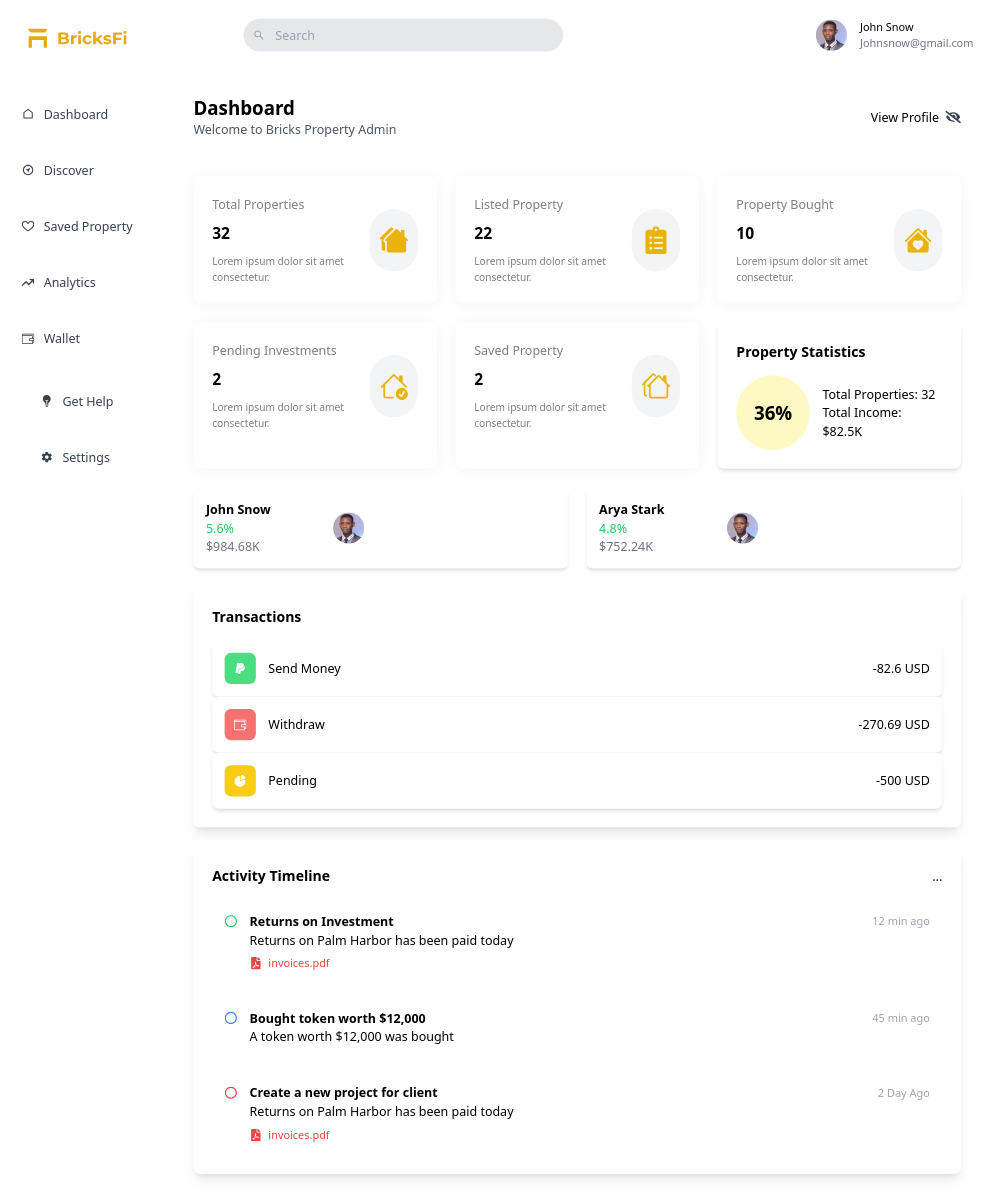
Repository: AyomideAkintade/BricksFi-Frontend
Page: /dashboard (app in client/)
These files come from the project's save history. The page is drawn as it stood at one moment and after the next save; the edit follows.
The browser window is 1280 px wide. The pictures show the whole page, at 78% of full size.
The page's requests for data from a server got no answer. The project was rebuilt for these pictures with package versions that can differ from the ones it lists, and the page was loaded fresh each time. No one was signed in, and anything a server would have sent is missing. Also part of the build but not shown: client/src/components/navbar.jsx, client/src/components/home.jsx, client/src/components/homeSecond.jsx, client/src/components/homeThird.jsx, client/src/components/homeFifth.jsx, client/src/components/homeSixth.jsx, client/src/components/homeSeventh.jsx, client/src/api/base.js and 11 more.

Above is the page before, as saved 2024-10-04 23:18:18.

### client/src/index.css
@import "tailwindcss/base";
@import "tailwindcss/components";
@import "tailwindcss/utilities";


@font-face {
  font-family: Poppins;
  src: url(/src/assets/fonts/Poppins-Regular.ttf) format("truetype"), url(/src/assets/fonts/Poppins-Bold.ttf) format("truetype"), url(/src/assets/fonts/Poppins-Medium.ttf) format("truetype");

}

### client/src/App.js
import { BrowserRouter as Router, Route, Routes } from "react-router-dom";
import Home from "./pages/homePage";
import HomeFourth from "./components/login.jsx";
import HomeEight from "./components/signup.jsx";
import ForgotPasswordPage from "./components/forgotPassword.jsx";
import DashboardLayout from "./pages/dashboardLayout";
import DashboardPage from "./pages/dashboard.jsx";
import PieAnalytics from "./components/analytics.jsx";
import Discover from "./components/discover.jsx";
import SavedPropertyPage from "./components/savedProperties.jsx";
import { ToastContainer } from "react-toastify";
import 'react-toastify/dist/ReactToastify.css';
import { useEffect, useState } from "react";
import { BrCookies } from "./utils/storage/cookies.js";
// import DiscoverPage from "./pages/discover.jsx";
// import SavedPropertyPage from "./pages/savedProperty.jsx";

function App() {

  const [ loggedIn, setLoggedIn ] = useState(false);
  const [ isLoading, setLoading ] = useState(true);

  useEffect(()=>{
    const ck = new BrCookies(document);
    ck.getCookie('authToken')
      .then((value) => {
        setLoggedIn(true);
        setLoading(false);
      })
      .catch((e) => {
        setLoading(false);
        // this.setState({ isLoading: false }); // Set loading to false even if there is an error
      });
  }, [])
  if (isLoading) {
    return <div></div>;
  }

  return (
    <div>
      <ToastContainer limit={5} />
      {loggedIn ?
      <Router>
        <Routes>
          <Route path="*" element={<DashboardLayout />}>
            <Route index element={<DashboardPage />} />
          </Route>
          <Route path="/dashboard" element={<DashboardLayout />}>
            <Route index element={<DashboardPage />} />
            <Route path="discover" element={<Discover/>} />
            <Route path="saved-property" element={<SavedPropertyPage/>} />
            <Route path="analytics" element={<PieAnalytics />} />
          </Route>
        </Routes>
      </Router>
      :
      <Router>
        <Routes>
          {/* Public Routes */}
          <Route path="/" element={<Home />} />
          <Route path="/login" element={<HomeFourth />} />
          <Route path="/signup" element={<HomeEight />} />
          <Route path="/forgot-password" element={<ForgotPasswordPage />} />

          {/* Dashboard Routes with Sidebar and Header */}
          <Route path="/dashboard" element={<DashboardLayout />}>
            <Route index element={<DashboardPage />} />
            <Route path="discover" element={<Discover/>} />
            <Route path="saved-property" element={<SavedPropertyPage/>} />
            <Route path="analytics" element={<PieAnalytics />} />
          </Route>
        </Routes>
      </Router>
      }
    </div>
  );
}

export default App;

### client/src/pages/dashboardLayout.jsx
import React from 'react';
import Sidebar from '../components/sidebar';
import Header from '../components/header';
import { Outlet } from 'react-router-dom';

const DashboardLayout = () => {
  return (
    <div className="flex">
      {/* Sidebar */}
      <Sidebar />

      <div className="flex-1 ml-[200px]">
        {/* Header */}
        <Header />

        <div className="px-6 py-2">
          {/* Outlet will render the child routes here */}
          <Outlet />
        </div>
      </div>
    </div>
  );
};

export default DashboardLayout;

### client/src/pages/dashboard.jsx
import React from 'react';
import DashboardStats from '../components/statCard';
import TopInvestors from '../components/investorCard';
import Transactions from '../components/transaction';
import ActivityTimeline from '../components/activity';
import { FaEyeSlash } from 'react-icons/fa'; // Make sure to import the icon

const Dashboard = () => {
  return (
    <div className="flex flex-col">
      <div className="flex justify-between p-6">
        <div>
          <h2 className="text-2xl font-semibold">Dashboard</h2>
          <p className="text-gray-600">Welcome to Bricks Property Admin</p>
        </div>
        <div className="flex items-center space-x-2">
          <span>View Profile</span>
          <FaEyeSlash className="text-gray-700 text-xl" />
        </div>
      </div>
      <div className="p-6">
        {/* Dashboard Stats */}
        <DashboardStats />

        {/* Top Investors and Property Stats */}
        <div className=" mt-6">
          <TopInvestors />

        </div>

        {/* Transactions Section */}
        <div className="mt-6">
          <Transactions />
        </div>

        {/* Activity Timeline */}
        <div className="mt-6">
          <ActivityTimeline />
        </div>
      </div>
    </div>
  );
};

export default Dashboard;

### client/src/utils/storage/cookies.js

// eslint-disable-next-line no-unused-vars
class BrCookies {

    constructor(document) {
        this.document = document || (typeof document !== "undefined" ? document : null);
    }

    /**
     *
     * @param {Array<CookieData>} dataList
     */

    saveCookies(dataList){

        if (!Array.isArray(dataList)) {
            throw new Error("Data list must be an array.");
        }

        for (const data of dataList) {
            if (!(data instanceof CookieData)) {
                throw new Error("Invalid cookie data format.");
            }

            // save each cookie
            let cookieValue = `${data.name}=${data.value}; expires=${data.expiryDate.toUTCString()}; path=/`;

            // Set SameSite=None if running on localhost
            if (window.location.hostname !== 'localhost') {

                cookieValue += '; SameSite=Strict; Secure'
            }

            this.document.cookie = cookieValue;
        }
    }

    async getCookie(name) {
        return new Promise((resolve, reject) => {
          const cookies = this.document.cookie.split('; ');
          for (const cookie of cookies) {
            const [cookieName, cookieValue] = cookie.split('=');
            if (cookieName === name) {
              resolve(cookieValue);
              return;
            }
          }
          reject(new Error(`Cookie with name ${name} not found.`));
        });
    }

    removeCookie(name) {
        this.document.cookie = name + "=;Path=/;expires=Thu, 01 Jan 1970 00:00:00 GMT";
    }

    removeAllCookies() {
        const cookies = this.document.cookie.split(";");
        for (var i = 0; i < cookies.length; i++) {
            const cookie = cookies[i];
            const eqPos = cookie.indexOf("=");
            const name = eqPos > -1 ? cookie.substr(0, eqPos) : cookie;
            document.cookie = name + "=;Path=/;expires=Thu, 01 Jan 1970 00:00:00 GMT";
        }
    }
}


class CookieData {
    constructor(name, value, expiryDate) {

        if (typeof name !== "string" || typeof value !== "string" || !(expiryDate instanceof Date) || name.length === 0) {
            throw new Error("Invalid CookieData format.");
        }

        this.name = name;
        this.value = value;
        this.expiryDate = expiryDate;
    }
}

function createCookieDate(timeInSec) {

    const timeInDays = timeInSec / (3600 * 24);

    const currentDate = new Date();

    const futureDate = new Date();
    futureDate.setDate(currentDate.getDate() + timeInDays);


    return futureDate
}


export { BrCookies, CookieData, createCookieDate };

### client/src/components/sidebar.jsx
import React from 'react';
import { Link } from 'react-router-dom';
import { RiHomeLine } from "react-icons/ri";
import { RiCompassDiscoverLine } from "react-icons/ri";
import { GrFavorite } from "react-icons/gr";
import { FaArrowTrendUp } from "react-icons/fa6";
import { TfiWallet } from "react-icons/tfi";
import { IoBulbSharp } from "react-icons/io5";
import { IoMdSettings } from "react-icons/io";
import BricksFi from "../assets/bricksfi.svg"

const Sidebar = () => {
  return (
    <aside className="bg-white h-screen w-[15%] fixed p-3 min-w-[200px]">
      <div className="p-6">
        <img
        src={BricksFi}
        alt='BricksFi'
        className='w-full'
        />
      </div>
      <nav className="mt-8">
        <ul className="space-y-4">
          <li className="p-4 hover:bg-yellow-100">
            <Link to="/dashboard" className="flex items-center text-gray-700">
              <RiHomeLine className="mr-3" /> Dashboard
            </Link>
          </li>
          <li className="p-4 hover:bg-yellow-100">
            <Link to="/dashboard/discover" className="flex items-center text-gray-700">
              <RiCompassDiscoverLine className="mr-3" /> Discover
            </Link>
          </li>
          <li className="p-4 hover:bg-yellow-100">
            <Link to="/dashboard/saved-property" className="flex items-center text-gray-700">
              <GrFavorite className="mr-3" /> Saved Property
            </Link>
          </li>
          <li className="p-4 hover:bg-yellow-100">
            <Link to="/dashboard/analytics" className="flex items-center text-gray-700">
              <FaArrowTrendUp className="mr-3" /> Analytics
            </Link>
          </li>
          <li className="p-4 hover:bg-yellow-100">
            <Link to="/dashboard/wallet" className="flex items-center text-gray-700">
              <TfiWallet className="mr-3" /> Wallet
            </Link>
          </li>
        </ul>
      </nav>
      <div className="mt-auto p-6">
        <ul className="space-y-4">
          <li className="p-4 hover:bg-yellow-100">
            <Link to="/" className="flex items-center text-gray-700">
              <IoBulbSharp className="mr-3" /> Get Help
            </Link>
          </li>
          <li className="p-4 hover:bg-yellow-100">
            <Link to="/" className="flex items-center text-gray-700">
              <IoMdSettings className="mr-3" /> Settings
            </Link>
          </li>
        </ul>
      </div>
    </aside>
  );
};

export default Sidebar;

### client/src/components/header.jsx
import React from 'react';
import COCO from "../assets/clem.jpeg"
import { IoMdSearch } from "react-icons/io";
import { IoNotificationsOutline } from "react-icons/io5";

const Header = () => {
  return (
    <div className="w-full flex gap-10 justify-between items-center py-6 bg-white sticky top-0 z-50 px-12" >
      {/* style={{boxShadow: "1px 1px 20px -8px #0000001A"}} */}
      <div className='px-16 w-full'>
      <div className="relative w-2/3">
        <input
          type="text"
          placeholder="Search"
          className="p-2 pl-10 w-full border rounded-full bg-gray-200 text-black focus:outline-none"
        />
        <IoMdSearch className="absolute left-3 top-1/2 transform -translate-y-1/2 text-gray-400" />
      </div>
      </div>
      <div className="flex items-center space-x-4 ">
        <IoNotificationsOutline className="text-gray-700 text-2xl" />
        <img
          src={COCO}
          alt="profile"
          className="rounded-full h-10 w-10"
        />
        <div className="">
          <span className="block text-sm font-medium">John Snow</span>
          <span className="block text-sm text-gray-500">Johnsnow@gmail.com</span>
        </div>
      </div>
    </div>
  );
};

export default Header;

### client/src/components/statCard.jsx
import { BsFillHousesFill, BsHouseCheck, BsFillHouseHeartFill, BsHouses } from "react-icons/bs";
import { FaClipboardList } from "react-icons/fa";
import PropertyStatistics from '../components/propertyStatistic';


const StatCard = ({ title, value, icon, paragraph }) => {
    return (
        <div className="bg-white rounded-lg p-6 flex flex-col justify-between" style={{boxShadow: "1px 2px 20px -4px #22303E14"}}>
            <div className="flex items-center gap-3">
                <div className="flex flex-col gap-3">
                    <h3 className="text-[#807F7F]">{title}</h3>
                    <h2 className="text-xl font-semibold">{value}</h2>
                    <p className="text-[13px] text-[#807F7F]">{paragraph}</p>
                </div>
                <div className="flex items-center justify-center w-20 h-20 bg-gray-100 rounded-full text-yellow-500 text-4xl">
                    {icon}
                </div>
            </div>
        </div>
    );
};


const DashboardStats = () => {
    return (
        <div className="grid grid-cols-1 md:grid-cols-3 gap-6">
            <StatCard
                title="Total Properties"
                value="32"
                paragraph="Lorem ipsum dolor sit amet consectetur."
                icon={<BsFillHousesFill />}
            />
            <StatCard
                title="Listed Property"
                value="22"
                paragraph="Lorem ipsum dolor sit amet consectetur."
                icon={<FaClipboardList />}
            />
            <StatCard
                title="Property Bought"
                value="10"
                paragraph="Lorem ipsum dolor sit amet consectetur."
                icon={<BsFillHouseHeartFill />}
            />
            <StatCard
                title="Pending Investments"
                value="2"
                paragraph="Lorem ipsum dolor sit amet consectetur."
                icon={<BsHouseCheck />}
            />
             <StatCard
                title="Saved Property"
                value="2"
                paragraph="Lorem ipsum dolor sit amet consectetur."
                icon={<BsHouses />}
            />


                <PropertyStatistics />

        </div>
    );
};

export default DashboardStats;

### client/src/components/investorCard.jsx
import Clem from "../assets/clem.jpeg";


const InvestorCard = ({ name, investment, profit }) => {
    return (
      <div className="flex items-center p-4 bg-white shadow-md rounded-lg">

        <div>
          <h3 className="font-semibold">{name}</h3>
          <p className="text-green-500"> {profit}</p>
          <p className="text-gray-500"> {investment}</p>
        </div>

        <img
          src={Clem}
          alt={name}
          className="rounded-full h-10 w-10 ml-20"
        />
      </div>
    );
  };

  const TopInvestors = () => {
    return (
      <>
        {/* <h2 className="text-lg font-semibold mb-4">Top Investors</h2> */}
        <div className="grid grid-cols-1 md:grid-cols-2 gap-6">
          <InvestorCard name="John Snow" investment="$984.68K" profit="5.6%" />
          <InvestorCard name="Arya Stark" investment="$752.24K" profit="4.8%" />
        </div>
      </>
    );
  };

  export default TopInvestors;

### client/src/components/transaction.jsx
import { FaPaypal } from "react-icons/fa6";
import { TfiWallet } from "react-icons/tfi";
import { GiPieChart } from "react-icons/gi";

const TransactionItem = ({ icon, description, amount, bgColor }) => {
    return (
        <div className="flex justify-between items-center p-4 bg-white shadow-md rounded-lg">
            {/* Icon and Description in a row */}
            <div className="flex items-center space-x-4">
                {/* Icon with dynamic background and rounded shape */}
                <div className={`p-3 ${bgColor} rounded-lg text-white`}>
                    {icon}
                </div>
                <span>{description}</span>
            </div>

            {/* Amount */}
            <div>
                <span>{amount}</span>
            </div>
        </div>
    );
};

const Transactions = () => {
    return (
        <div className="bg-white p-6 shadow-lg rounded-lg">
            <h2 className="text-lg font-semibold mb-4">Transactions</h2>
            {/* Different background colors for each transaction */}
            <TransactionItem
                icon={<FaPaypal />}
                description="Send Money"
                amount="-82.6 USD"
                bgColor="bg-green-400"  // Green background
            />
            <TransactionItem
                icon={<TfiWallet />}
                description="Withdraw"
                amount="-270.69 USD"
                bgColor="bg-red-400"    // Red background
            />
            <TransactionItem
                icon={<GiPieChart />}
                description="Pending"
                amount="-500 USD"
                bgColor="bg-yellow-400" // Yellow background
            />
        </div>
    );
};

export default Transactions;

### client/src/components/activity.jsx
import React from 'react';
import { FaRegCircle, FaFilePdf } from 'react-icons/fa'; // Import necessary icons

const ActivityItem = ({ title, description, time, file, color }) => {
    return (
        <div className="flex items-start space-x-4 p-4">
            <div className="mt-1">
                {/* The color prop determines the icon color */}
                <FaRegCircle className={`${color}`} />
            </div>
            <div className="flex-1">
                <div className="flex justify-between items-center">
                    <h4 className="font-semibold">{title}</h4>
                    <span className="text-gray-400 text-sm">{time}</span>
                </div>
                <p>{description}</p>
                {file && (
                    <div className="flex items-center mt-2 text-red-500">
                        <FaFilePdf />
                        <span className="ml-2 text-sm">{file}</span>
                    </div>
                )}
            </div>
        </div>
    );
};

const ActivityTimeline = () => {
    return (
        <div className="bg-white p-6 shadow-lg rounded-lg">
            <div className="flex justify-between items-center mb-4">
                <h2 className="text-lg font-semibold">Activity Timeline</h2>
                <div>...</div>
            </div>
            <div className="space-y-4">
                <ActivityItem
                    title="Returns on Investment"
                    description="Returns on Palm Harbor has been paid today"
                    time="12 min ago"
                    file="invoices.pdf"
                    // Blue icon
                    color="text-green-500"
                />
                <ActivityItem
                    title="Bought token worth $12,000"
                    description="A token worth $12,000 was bought"
                    time="45 min ago"
                    color="text-blue-500" // Green icon
                />
                <ActivityItem
                    title="Create a new project for client"
                    description="Returns on Palm Harbor has been paid today"
                    time="2 Day Ago"
                    file="invoices.pdf"
                    color="text-red-500" // Red icon
                />
            </div>
        </div>
    );
};

export default ActivityTimeline;

### client/src/components/propertyStatistic.jsx
import React from 'react';

const PropertyStatistics = () => {
    return (
        <div className="bg-white shadow-md rounded-lg p-6 flex flex-col justify-between">
            <h2 className="text-lg font-semibold mb-4">Property Statistics</h2>
            <div className="flex items-center space-x-4">
                {/* Property Stats Circle Graph */}
                <div className="w-24 h-24 bg-yellow-100 rounded-full flex items-center justify-center">
                    <span className="text-2xl font-bold">36%</span>
                </div>
                <div>
                    <p>Total Properties: 32</p>
                    <p>Total Income: $82.5K</p>
                </div>
            </div>
        </div>
    );
};

export default PropertyStatistics;

### client/tailwind.config.js
/** @type {import('tailwindcss').Config} */
module.exports = {
  content: ["./src/**/*.{html,js,jsx}"],
  theme: {
    extend: {
      fontFamily: {
        Poppins: ['Poppins'],
      }
    },
    screens: {
      sm: '640px',
      // => @media (min-width: 640px) { ... }

      md: '768px',
      // => @media (min-width: 768px) { ... }

      lg: '1024px',
      // => @media (min-width: 1024px) { ... }

      xl: '1280px',
      // => @media (min-width: 1280px) { ... }

      '2xl': '1536px',
      // => @media (min-width: 1536px) { ... }
      'custombp': {'raw': '(min-height: 375px),(min-width:768px)'}
    },
  },
  plugins: [],
}

Loaded but not shown: client/public/index.html (common file); client/src/index.js (common file); client/src/reportWebVitals.js (common file)

After the next save:
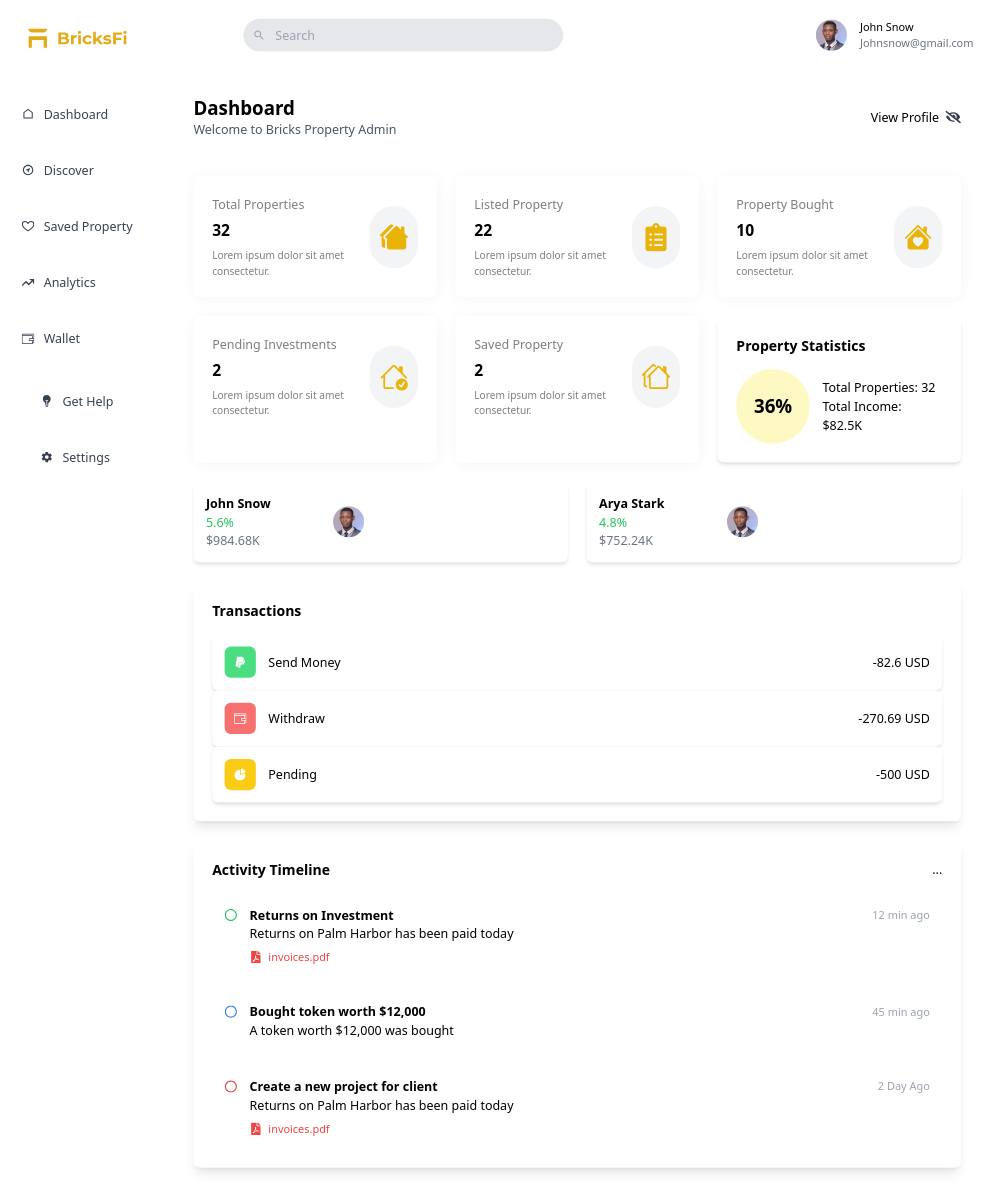
Saved 4 s later.
--- a/client/src/components/statCard.jsx
+++ b/client/src/components/statCard.jsx
@@ -7,7 +7,7 @@ const StatCard = ({ title, value, icon, paragraph }) => {
     return (
         <div className="bg-white rounded-lg p-6 flex flex-col justify-between" style={{boxShadow: "1px 2px 20px -4px #22303E14"}}>
             <div className="flex items-center gap-3">
-                <div className="flex flex-col gap-3">
+                <div className="flex flex-col gap-2">
                     <h3 className="text-[#807F7F]">{title}</h3>
                     <h2 className="text-xl font-semibold">{value}</h2>
                     <p className="text-[13px] text-[#807F7F]">{paragraph}</p>
